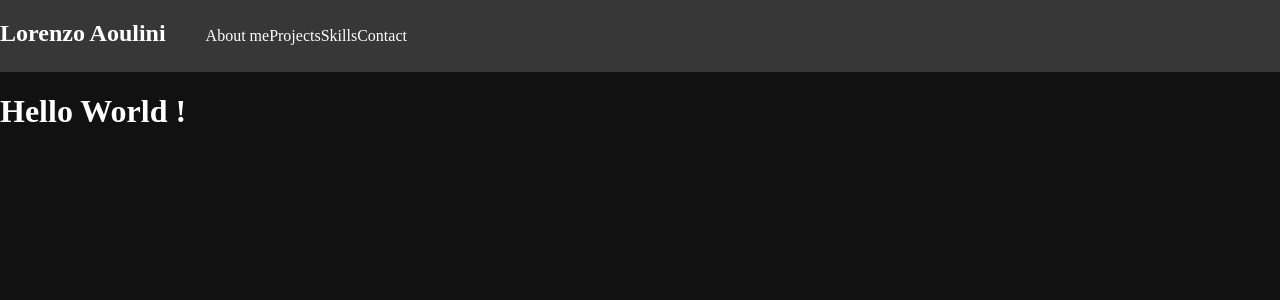
Repository: lolo298/lolo298.github.io
Page: index.html
The author's editor kept a copy of each file at every save. The page is drawn from the files as they stood at one save, then again after the next save.
The browser window is 1280 px wide. The pictures show the whole page.

Above is the page before, as saved 2022-05-09 16:47:24.

### index.html
<!DOCTYPE html>
<html lang="en">

<head>
    <meta charset="UTF-8">
    <meta http-equiv="X-UA-Compatible" content="IE=edge">
    <meta name="viewport" content="width=device-width, initial-scale=1.0">
    <link rel="stylesheet" href="css/style.css">
    <title>Portfolio</title>
</head>

<body>
    <div class="main-container">
        <nav class="main-navbar">
            <h1>Lorenzo Aoulini</h1>
            <ul class="main-navbar-list">
                <li class="main-navbar-item">
                    <a href="#">About me</a>
                </li>
                <li class="main-navbar-item">
                    <a href="#">Projects</a>
                </li>
                <li class="main-navbar-item">
                    <a href="#">Skills</a>
                </li>
                <li class="main-navbar-item">
                    <a href="#">Contact</a>
                </li>
        </nav>
        <h1>Hello World !</h1>

    </div>

</body>

</html>

### css/style.css
html {
    background-color: #111111;
}

body {
    padding: 0;
    margin: 0;
}

.main-container {
    color: white;
    height: 100vh;
}

.main-navbar {
    background-color: #373737;
    height: 10%;
    display: flex;
}

.main-navbar {
    margin: 0;
}

.main-navbar-list {
    display: flex;
    flex-direction: row;
    justify-content: center;
    align-items: center;
    list-style: none;
}

.main-navbar-item>a {
    text-decoration: none;
    color: white;
}

After the next save:
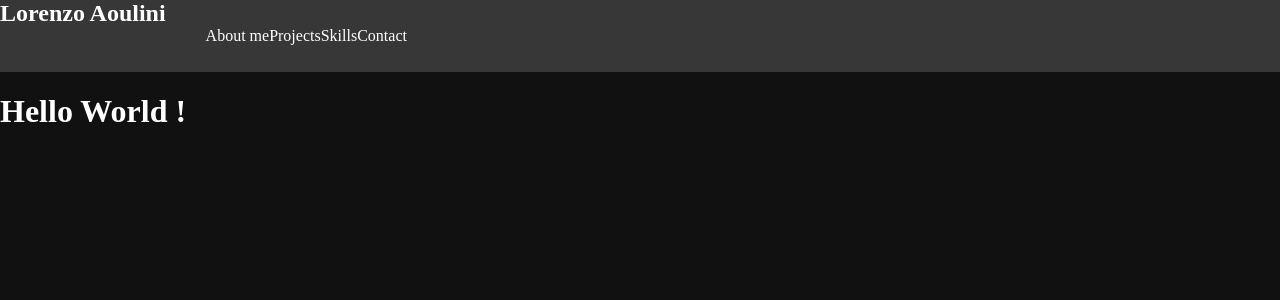
Saved 9 s later.
--- a/css/style.css
+++ b/css/style.css
@@ -18,7 +18,7 @@ body {
     display: flex;
 }
 
-.main-navbar {
+.main-navbar>* {
     margin: 0;
 }
 
